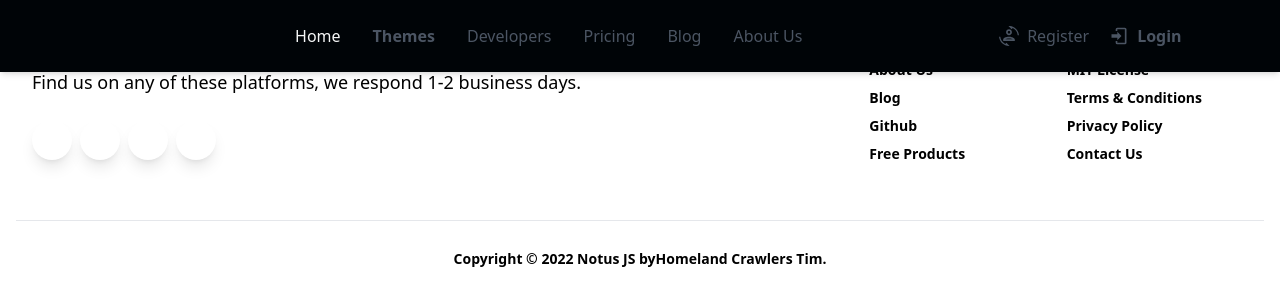
Repository: ghrabla/SVG-Statistics-React-Nest-Typescript
Page: / (app in client/)
These files come from the project's save history. The page is drawn as it stood at one moment and after the next save; the edit follows.
The browser window is 1280 px wide. The pictures show the whole page.
The project was rebuilt for these pictures with package versions that can differ from the ones it lists, and the page was loaded fresh each time. Also part of the build but not shown: client/src/Admin/LoginAdmin.js, client/src/users/LoginUser.js, client/src/users/Register.js.

Above is the page before, as saved 2022-12-01 11:22:07.

After the next save:
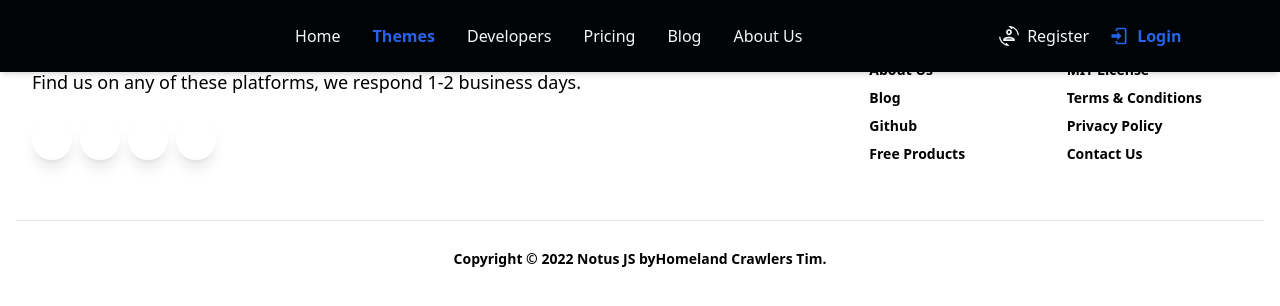
Saved 20 s later.
--- a/client/src/components/NavBar.js
+++ b/client/src/components/NavBar.js
@@ -20,35 +20,35 @@ fixed top-0 left-0 right-0 z-10">
         Home
     </a>
 
-    <a class="flex text-gray-600
+    <a class="flex text-[#F5F7F7]
         cursor-pointer transition-colors duration-300
         font-semibold text-blue-600">
         Themes
     </a>
 
-    <a class="flex text-gray-600 hover:text-blue-500
+    <a class="flex text-[#F5F7F7] hover:text-blue-500
         cursor-pointer transition-colors duration-300">
         Developers
     </a>
 
-    <a class="flex text-gray-600 hover:text-blue-500
+    <a class="flex text-[#F5F7F7] hover:text-blue-500
         cursor-pointer transition-colors duration-300">
         Pricing
     </a>
 
-    <a class="flex text-gray-600 hover:text-blue-500
+    <a class="flex text-[#F5F7F7] hover:text-blue-500
         cursor-pointer transition-colors duration-300">
         Blog
     </a>
 
-    <a class="flex text-gray-600 hover:text-blue-500
+    <a class="flex text-[#F5F7F7] hover:text-blue-500
         cursor-pointer transition-colors duration-300">
         About Us
     </a>
 </div>
 <div class="flex items-center space-x-5">
 
-    <a  href="/Register" class="flex text-gray-600 hover:text-blue-500
+    <a  href="/Register" class="flex text-[#F5F7F7] hover:text-blue-500
         cursor-pointer transition-colors duration-300">
 
         <svg class="fill-current h-5 w-5 mr-2 mt-0.5"  version="1.1" width="24" height="24"
@@ -59,7 +59,7 @@ fixed top-0 left-0 right-0 z-10">
 
         Register
     </a>
-    <a href="/LoginUser" class="flex text-gray-600
+    <a href="/LoginUser" class="flex text-[#F5F7F7]
         cursor-pointer transition-colors duration-300
         font-semibold text-blue-600">
 
